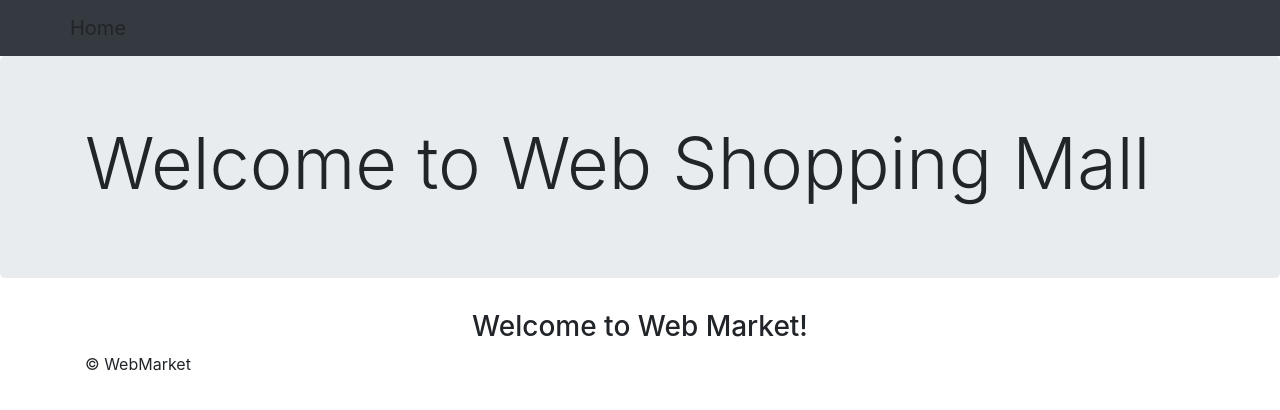
Repository: ramperrit/JSP
Page: http://localhost/WebMarket/welcome.jsp
An editor plug-in stored every save of this project. The page is shown before and after the next save, followed by the edit.
The browser window is 1280 px wide. The pictures show the whole page.
The page is served by Tomcat 9. Other server files are loaded and not shown.

Above is the page before, as saved 2024-02-21 02:20:58.

### WebMarket/src/main/webapp/welcome.jsp
<%@ page language="java" contentType="text/html; charset=utf-8"
    pageEncoding="EUC-KR"%>
<!DOCTYPE html>
<html>
<head>
<link rel = "stylesheet"
	href = "https://maxcdn.bootstrapcdn.com/bootstrap/4.0.0/css/bootstrap.min.css" >

<meta charset="EUC-KR">
<title>Welcome</title>
</head>
<body>
	<nav class = "navbar navbar-expand navbar-dark bg-dark">
		<div class = "container">
			<div class = "navbar-header">
				<a class = "navbar-brand" herf="./Welcome.jsp">Home</a>
			</div>
		</div>
	</nav>

	<%!
		String greeting = "Welcome to Web Shopping Mall";
		String tagline = "Welcome to Web Market!";
	%>
	<div class = "jumbotron">
		<div class = "container">
			<h1 class = "display-3">
			<%= greeting %>
			</h1>
		</div>
	</div>
	<div class = "container">
		<div class = "text-center">
		<h3>
			<%= tagline %>
		</h3>
		</div>
	</div>
	<footer class = "container">
		<p>&copy; WebMarket</p>
	</footer>
</body>
</html>

After the next save:
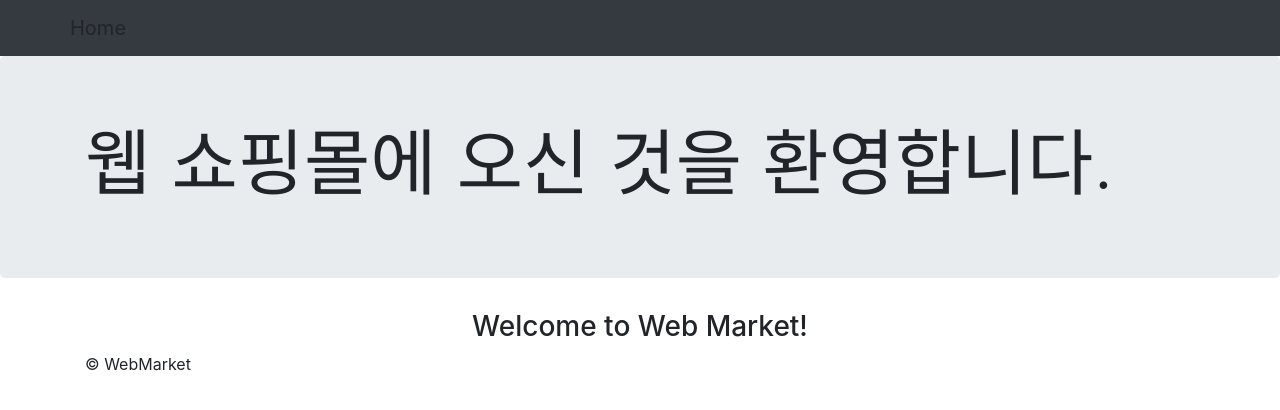
Saved 53 s later.
--- a/WebMarket/src/main/webapp/welcome.jsp
+++ b/WebMarket/src/main/webapp/welcome.jsp
@@ -19,7 +19,7 @@
 	</nav>
 
 	<%!
-		String greeting = "Welcome to Web Shopping Mall";
+		String greeting = "웹 쇼핑몰에 오신 것을 환영합니다.";
 		String tagline = "Welcome to Web Market!";
 	%>
 	<div class = "jumbotron">
